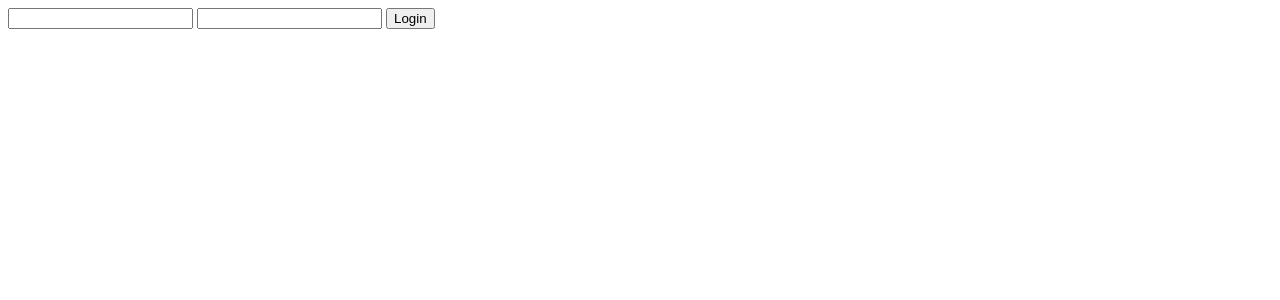
Repository: BlessingAjiboye/WEB222NBA
Page: required.html
These files come from the project's save history. The page is drawn as it stood at one moment and after a run of saves; the edit follows.
The browser window is 1280 px wide. The pictures show the whole page.

Above is the page before, as saved 2023-07-24 19:31:41.

### required.html
<!DOCTYPE html>
<html lang="en">
<head>
    <meta charset="UTF-8">
    <meta name="viewport" content="width=device-width, initial-scale=1.0">
    <title>Document</title>
</head>
<body>
    <form action="/s" name="login">
    <input type="text" name="username" required>
    <input type="password" name="password" required>
    <input type="submit" value="Login">
</form>
</body>
</html>

After the next 5 saves:
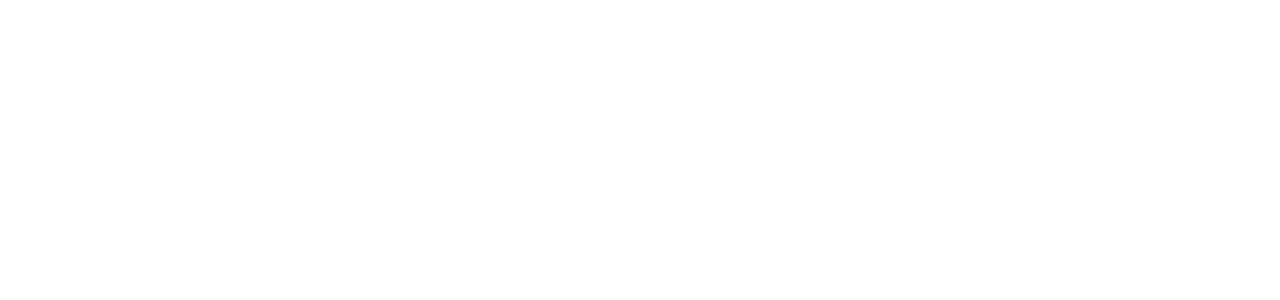
The 5 saves are shown as one change because they came seconds apart.
The last was saved 50 s later.
--- a/required.html
+++ b/required.html
@@ -4,6 +4,8 @@
     <meta charset="UTF-8">
     <meta name="viewport" content="width=device-width, initial-scale=1.0">
     <title>Document</title>
+    <style>
+        </>
 </head>
 <body>
     <form action="/s" name="login">

After the save that followed:
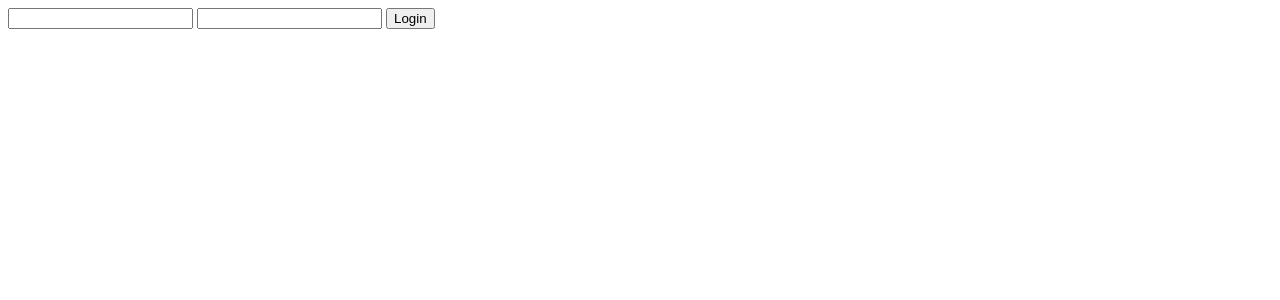
Saved 11 s later.
--- a/required.html
+++ b/required.html
@@ -5,7 +5,14 @@
     <meta name="viewport" content="width=device-width, initial-scale=1.0">
     <title>Document</title>
     <style>
-        </>
+        input:required {
+    /* styles for required input controls */
+}
+
+input:optional {
+    /* styles for optional input controls */
+}
+        </style>
 </head>
 <body>
     <form action="/s" name="login">
